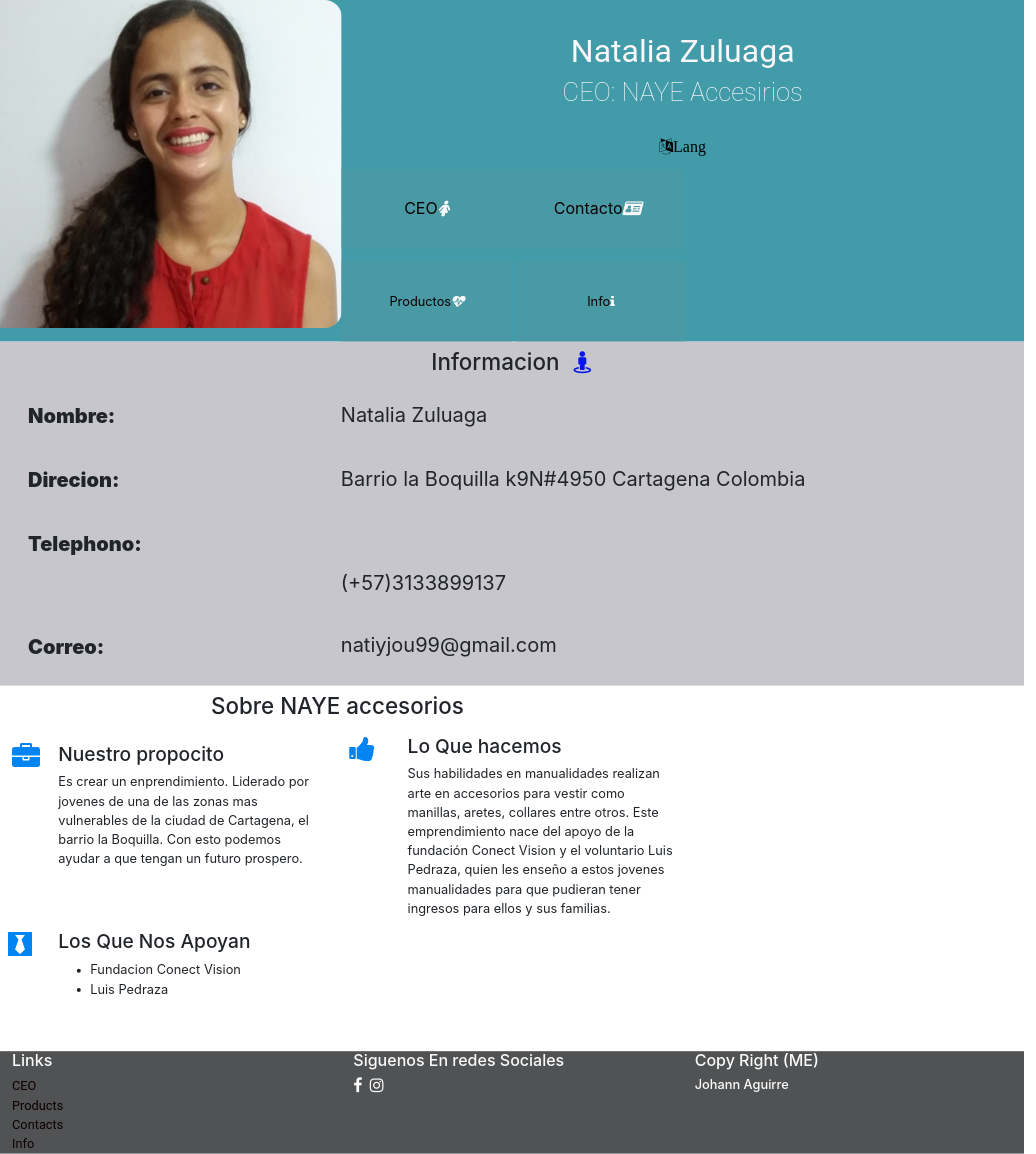
Repository: cachimiro/1-mile-stone-project
Page: index.html
The author's editor kept a record of every edit. The page is drawn from the files as they stood at one moment, then again after the next edit.
The browser window is 1280 px wide. The page is 1295 px wide, so the pictures cover 1295 px, including what lies to the right of the window. The pictures show the whole page, at 80% of full size.
Some web libraries are served in a nearby version.

Above is the page before.

### index.html
<!DOCTYPE html>
<html lang="es">

<head>
    <meta charset="UTF-8">
    <meta name="viewport" content="width=device-width, initial-scale=1.0">
    <meta http-equiv="X-UA-Compatible" content="ie=edge">
    <link rel="stylesheet" href="https://stackpath.bootstrapcdn.com/bootstrap/4.2.1/css/bootstrap.min.css" type="text/css" />
    <link rel="stylesheet" href="https://stackpath.bootstrapcdn.com/font-awesome/4.7.0/css/font-awesome.min.css" type="text/css" />
    <link rel="stylesheet" href="https://cdnjs.cloudflare.com/ajax/libs/hover.css/2.3.1/css/hover-min.css" type="text/css" />
    <link rel="stylesheet" href="css/style.css" type="text/css" />
    <title>NAYE accesirios</title>
</head>

<body>
    <header>
        <div class="row no-gutters">
            <a href="#" class="col-sm logo ">

            </a>

            <div class="col-md-8">
                <div class="row no-gutters">
                    <div class="col heading bg-color-name-title">
                        <h1 class="name">Natalia Zuluaga</h1>
                        <h2 class="title">CEO: NAYE Accesirios</h2>
                        <div class="dropdown">
                            <button class="dropbtn"><i class="fa fa-language">Lang</i></button>
                            <div class="dropdown-content">
                                <a href="index-english.html">English</a>
                            </div>
                        </div>


                    </div>
                </div>
                <div class="row no-gutters inline-block">
                    <div class="col"></div>
                    <ul id="nav" class="list-inline menucontainer">
                        <li class="col-6 col-sm-3 ui-menu-color-ceo list-inline-item menuitem">
                            <a href="#">CEO<i class="fa fa-ceo hvr-icon" aria-hidden="true"> <span><i class="fas fa-female"></i></span></i>  </a>
                        </li>
                        <li class="col-6 col-sm-3 ui-menu-color-contacto list-inline-item menuitem">
                            <a href="contactos.html">Contacto<i class="fa fa-contact hvr-icon" aria-hidden="true"> <span><i class="far fa-id-card"></i></span></i>  </a>
                        </div>
                        <div class="col-6 col-sm-3 ui-menu-color-productos list-inline-item menuitem">
                            <a href="productos.html"> Productos<i class="fa fa-crown hvr-icon" aria-hidden="true"> <span><i class="fas fa-heartbeat"></i></span></i>  </a>
                        </div>
                        <div class="col-6 col-sm-3 ui-menu-color-info list-inline-item menuitem">
                            <a href="informacion.html">Info<i class="fa fa-info hvr-icon" aria-hidden="true"></i>  </a>
                        </div>


                    </div>

                </div>

            </div>
        </div>
    </header>
    <section class="container-fluid">
        <div class="row">
            <div class="col bg-color-personal-info section-column colour-of-infimacion">
                <div class="row">
                    <div class="col-12">
                        <h3 class="section-heading uppercase">Informacion <i class="fa fa-street-view"></i></h3>
                    </div>
                </div>
                 <div class="personal-info-item">
                    <div class="key">
                        <p class="uppercase">
                            Nombre:

                        </p>
                    </div>
                    <div class="value">
                        <p>
                            Natalia Zuluaga

                        </p>
                    </div>
                </div>
                <div class="personal-info-item">
                    <div class="key">
                        <p class="uppercase">
                            Direcion:

                        </p>
                    </div>
                    <div class="value">
                        <p>
                            Barrio la Boquilla k9N#4950 Cartagena Colombia

                        </p>
                    </div>
                </div>
                 <div class="personal-info-item">
                    <div class="key">
                        <p class="uppercase">
                            Telephono:

                        </p>
                    </div>
                    <div class="value">
                        <p class="move-right">
                       (+57)3133899137

                        </p>
                    </div>
                </div>
                 <div class="personal-info-item">
                    <div class="key">
                        <p class="uppercase">
                            Correo:

                        </p>
                    </div>
                    <div class="value">
                        <p>
                            natiyjou99@gmail.com

                        </p>
                    </div>
                </div>
            </div>

            <div class="row">
            <div class="col-md-8 bg-color-three-reasons section-column">
                <div class="row">
                    <div class="col">
                        <h3 class="section-heading uppercase">Sobre NAYE accesorios</h3>
                    </div>
                </div>
                    <div class="row">
                        <div class="col-10 offset-1 offset-sm-0 col-sm-4 col-md-6">
                            <div class="row">
                                <div class="col-2">
                                    <i class=" move-icon three-reasons-icon fa fa-briefcase" aria-hidden="true"></i>
                                </div>
                                <div class="col-10">
                                    <h4 class="three-reasons-heading uppercase add-padding">Nuestro  propocito</h4>
                                    <p> Es crear un enprendimiento. Liderado por jovenes
                                    de una de las zonas mas vulnerables de la ciudad de Cartagena,
                                    el barrio la Boquilla. Con esto podemos ayudar a que tengan un futuro prospero. </p>
                                </div>
                            </div>
                        </div>
                         <div class="col-10 offset-1 offset-sm-0 col-sm-4 col-md-6">
                            <div class="row">
                                <div class="col-2">
                                    <i class="three-reasons-icon fa fa-thumbs-up" aria-hidden="true"></i>
                                </div>
                                <div class="col-10">
                                    <h4 class="three-reasons-heading uppercase">Lo Que hacemos </h4>
                                    <p> Sus habilidades en manualidades realizan arte en accesorios para vestir
                                       como manillas, aretes, collares entre otros. Este emprendimiento
                                       nace del apoyo de la fundación Conect Vision y el voluntario Luis Pedraza,
                                       quien les enseño a estos jovenes manualidades para que pudieran tener ingresos
                                       para ellos y sus familias.</p>
                                </div>
                            </div>
                        </div>
                         <div class="col-10 offset-1 offset-sm-0 col-sm-4 col-md-6">
                            <div class="row">
                                <div class="col-2">
                                    <i class="move-icon-3 three-reasons-icon fa fa-black-tie" aria-hidden="true"></i>
                                </div>
                                <div class="col-10">
                                    <h4 class="three-reasons-heading uppercase">Los Que Nos Apoyan</h4>
                                    <ul>
                                        <li>Fundacion Conect Vision</li>
                                        <li class="add-padding-3">Luis Pedraza</li>
                                    </ul>
                                </div>
                            </div>
                        </div>

                    </div>

            </div>
        </div>
        </div>



    </section>



    <footer class="container-fluid">
        <div id="footer-detail" class="row">
            <div class="col-sm-4">
                <h5 class="uppercase general-sub">Links</h5>
                <div class="inline-block">
                    <div class="links-footer">
                        <a href="#">
                            <div>
                                CEO
                            </div>
                        </a>
                         <a href="productos.html">
                            <div>
                                Products
                            </div>
                        </a>
                         <a href="contactos.html">
                            <div>
                                Contacts
                            </div>
                        </a>
                         <a href="informacion.html">
                            <div>
                                Info
                            </div>
                        </a>
                    </div>
                </div>
            </div>
            <div class="col-sm-4">
                <h5 class="uppercase general-sub">Siguenos En redes Sociales</h5>
                <div class="social-media-icons">
                    <div class="list-inline-item">
                        <a href="https://m.facebook.com/Nayeaccesorio/" target="_blank" class="">
                        <i class="fa fa-facebook" aria-hidden="true"></i>
                        <span class="sr-only">Facebook</span>
                        </a>
                    </div>
                    <div class="list-inline-item"></div>
                    <a href="https://www.instagram.com/nayeaccesorios/" target="_blank" class="">
                         <i class="fa fa-instagram" aria-hidden="true"></i>
                            <span class="sr-only">Instagram</span>
                            </a>

                </div>
            </div>
             <div class="col-sm-4">
                <h5 class="uppercase general-sub"> Copy Right (ME)</h5>
                <h6>Johann Aguirre</h6>

            </div>
        </div>


    </footer>
</body>

</html>

### css/style.css
@import url('https://fonts.googleapis.com/css?family=Roboto+Slab&display=swap');
/*----------colours*/

header {
    margin: 0;
    background-color: #419ba8;
    color: #f9f7fa;


}

.bg-color-name-title {
    padding-top: 30px;
}


.ui-menu-color-ceo {
    background-color:#499aa5;
    transition: all .5s ease-in-out;
    -moz-transition: all .5s ease-in-out;
    -webkit-transition: all .5s ease-in-out;


}

.ui-menu-color-contacto {
    background-color: #499aa5;
    transition: all .5s ease-in-out;
    -moz-transition: all .5s ease-in-out;
    -webkit-transition: all .5s ease-in-out;

}

.ui-menu-color-productos {
    background-color: #499aa5;
    transition: all .5s ease-in-out;
    -moz-transition: all .5s ease-in-out;
    -webkit-transition: all .5s ease-in-out;

}

.ui-menu-color-info {
    background-color: #499aa5;
    transition: all .5s ease-in-out;
    -moz-transition: all .5s ease-in-out;
    -webkit-transition: all .5s ease-in-out;

}

/*---------------sosial links colors*/

.social-links i {
    color: black;
}

/*-------------------heading, decoration*/

.list-inline-item:not(:last-child) {
    margin: 0;
}

.list-inline-item:hover{
    background-color: #757b7b;
    border-radius: 50%;
}

.bg-color-name-title {
    padding-top: 30px;
    font-family: "roboto", sans-serif;
    text-align: center;
}

.title {
    font-weight: 200;
    padding-bottom: 15px;
}

.name {
    font-weight: 400;
    padding-top: 10px;
}





i {
    color: #fafafa;

}

.inline-block {
    display: inline;
}

a {
    color: #0d0101;
}

a:hover {
    text-decoration: none;
    color: #fafafa;
}

.logo {
    background: url("../photo/natalia.jpg");
    background-position: center;
    background-repeat: no-repeat;
    background-size: cover;
    height: 410px;
    width: 370px;
    border-top-right-radius: 5%;
    border-bottom-right-radius: 5%;
    transition: all .5s ease-in-out;
    -moz-transition: all .10s ease-in-out;
    -webkit-transition: all .10s ease-in-out;
}

.menucontainer {
    font-size: 0;
}



#nav li {
    font-size: 20px;
    padding: 0;

}

.menuitem {
    line-height: 100px;
    text-align: center;

}


/*----------------drop down button*/

.dropbtn {
    background-color: transparent;
    color: #222020;
    padding: 16px;
    font-size: 12px;
    border: none;
}

.dropdown i {
    color: #000000;
    font-size: 20px;
}

.dropdown {
    position: static;
    display: inline-block;
    text-align: right;

}

.dropdown-content {
    display: none;
    position: absolute;
    background-color: #fafafa;
    min-width: 16px;
    box-shadow: 0px 8px 16px 0px rgba(0, 0, 0, 0.2);
    z-index: 1;
    border-radius: 20%;
}

.dropdown-content a {
    color: #000000;
    padding: 12px 16px;
    text-decoration: none;
    display: block;
}

.dropdown-content a:hover {
    background-color: #eb1e03;
    border-radius: 50%;


}

.dropdown:hover .dropdown-content {
    display: block;
}



/*-----------------------------section personal informtion informacion*/

.section-heading {
    padding: 10px;
    text-align: center;
}

.add-padding {
    padding-top: 10px;
}

.add-padding-3 {
    padding-bottom: 50px;
}

.move-icon {
    padding-left: 15px;
    padding-top: 10px;
}

.move-icon-3 {
    padding-left: 10px
}

.three-reasons-icon {
    color: #0284f3;
    font-size: 35px;

}

.colour-of-infimacion {
    background-color: #c6c6cc;
    line-height: 18px;

}


.personal-info-item {
    font-size: 25px;
    margin-bottom: 20px;
    padding: 20px;
    display: block;
    clear: both;

}

.col-md-4 {
    padding-right: 0;
}

.personal-info-item .key,
.personal-info-item .value {
    padding-right: 8px;
    display: inline-block;

}

.personal-info-item .key p,
.personal-info-item .value p {
    margin: 0;
}

.move-right {
    padding-top: 50px;
}

.personal-info-item .key {
    width: 30%;
    margin-right: 21px;
    padding-top: 2px;
    vertical-align: top;
}

.personal-info-item .key p {
    font-weight: 900;

}

.personal-info-item .value {
    position: relative;
    width: 60%;
}

/*----------------------------section icons*/

h3 i {
    color: #0517ea;
    padding-left: 10px;
}

/*---------------------footer links*/

.links-footer {
    font-family: "roboto", sans-serif;
    padding-right: 250px;



}

.links-footer li {
    color: #fafafa;
    text-decoration: none;
    list-style-type: none;
}

.links-footer li:hover {
    color: #e80c0c;


}

/*-----------------------footer*/


.social-media-icons i {
    color: #fafafa;
    text-align: center;
    font-size: 20px;


}

.social-media-icons i:hover {
    background-color: #e80c0c;
    border-radius: 50%;
    height: 30px;
    width: 30px;
    padding-top: 5px;
    transition-duration: 1s;



}

footer {
    background-color: #505254;
    margin: 0;
    color: #fafafa;
    position: static;


}




/*---------------------------------productos.html*/

/*------------------------------header*/



.logo-2 {
    text-align: center;
    top: -36px;
    background-repeat: no-repeat;
    width: 200px;
    height: 200px;
    margin: 0px;
    padding: 0px;
    background-color: #499aa5;
    transition: all 2s ease-in-out;
    -moz-transition: all 2s ease-in-out;
    -webkit-transition: all 2s ease-in-out;
}


.nowrap {
    flex-wrap: wrap-reverse;
}

/*--------------------------------------------section*/

/*----------------------------------image*/

.photo-adjust {
    margin: 0;
    padding: 0;
    display: block;
    top: -21px;
    line-height: 20px;


}

.photo-1 {
    border-radius: 50%;
    -webkit-transition: border-radius 2s;
    transition: border-radius 2s;
}

.photo-1:hover {
    border-radius: 0;
    transition-duration: 1s;

}



.dropdown-links {
    line-height: 100px;
    text-align: center;

}

.dropbtn-links {
    top: -56px;
    padding: 0;
    margin: 0;
}

/*--------------------------hover image information*/

.font-style {
    color: #111111;
    font-family: "roboto", sans-serif;
    font-weight: 600;
    text-align: center;
    text-shadow: 2px 2px #28c7db;
    padding: 10px;
}

/*-------------------------drop-down-button-2*/

.dropdown-2 {
    position: static;
    right: -500px;
    top: 0;
    z-index: 1;

}

.dropbtn-2 {
    background-color: transparent;
    color: #222020;
    padding: 16px;
    font-size: 12px;
    border: none;
}

.dropdown-2 i {
    color: #222020;
    font-size: 20px;
}




.dropdown-content-2 {
    display: none;
    position: absolute;
    background-color: #fafafa;
    min-width: 16px;
    box-shadow: 0px 8px 16px 0px rgba(0, 0, 0, 0.2);
    z-index: 1;
    border-radius: 20%;
}

.dropdown-content-2 a {
    color: #000000;
    padding: 12px 16px;
    text-decoration: none;
    display: block;
}

.dropdown-content-2 a:hover {
    background-color: #eb1e03;
    border-radius: 50%;


}

.dropdown-2:hover .dropdown-content-2 {
    display: block;
}

.dropdown-2:hover .dropbtn-2 {
    background-color: #3fbec8;


}

/*------------------------------------contactos.html*/

.bg-color-lightblue {
    background-color: #fafafa;
}

.logo-3 {
    text-align: center;
    top: -56px;
    background-repeat: no-repeat;
    width: 200px;
    height: 200px;
    margin: 0px;
    padding: 0px;
    position: static;
    background-color: #499aa5;
    transition: all 2s ease-in-out;
    -moz-transition: all 2s ease-in-out;
    -webkit-transition: all 2s ease-in-out;
}

.menuitem-1 {
    line-height: 100px;
    text-align: center;
}

/*---------------------------------contact form*/

.contact-firm {
    text-align: center;
    font-size: 40px;
    font-weight: 200;
    font-family: "roboto", sans-serif;
    padding: 20px;
    color: #000000;

}

input[type=email] {
    width: 100%;
    border-radius: 4px;
    margin-bottom: 10px;
    padding: 10px;
    border: 1px solid #cccccc;
}

input[type=text],
select,
textarea {
    width: 100%;
    padding: 12px;
    border: 1px solid #cccccc;
    border-radius: 4px;
    box-sizing: border-box;
    margin-top: 6px;
    margin-bottom: 16px;
    resize: vertical;
}

input[type=submit] {
    background-color: #b84bff;
    color: #fafafa;
    padding: 12px 20px;
    border: none;
    border-radius: 4px;
    cursor: pointer;
}

input[type=submit]:hover {
    background-color: #5009ff;
}

.container-6 {
    border-radius: 5px;
    background-color: #cacaca;
    padding: 20px;
}

/*--------------------------------info.html*/

.progress {
    border-radius: 10px;
}

.progress-bar {
    background-color: #122a2f;
}

.info-header {
    background-color: #419ba8;
}

.logo-4 {
    text-align: center;
    top: -56px;
    background-repeat: no-repeat;
    width: 200px;
    height: 200px;
    margin: 0px;
    padding: 0px;
    position: static;
}

.menuitem-3 {
    line-height: 100px;
    text-align: center;
    top: -20px;
}

.colour-section {
    background-color: #fafafa;
    color: #000000;
}

/*------------------------------media querys*/

@media (max-width: 450px) {
    section {
        width: 100%;
        line-height: 25px;
    }
}



@media (max-width: 450px) {
    section .colour-of-infimacion {
        border-radius: 0;
    }
}

@media (max-width:450px) {
    header .logo {
        border-radius: 0;
        width: 100%;
    }
}
@media (max-width:500px){
    .menuitem-3{
        background-color:  #c6c6cc;
    }
}
@media (max-width:500px){
    .menuitem-1{
        background-color:  #c6c6cc;
    }
}

@media (max-width: 500px) {
    header .menuitem {
        background-color:  #c6c6cc;
    }

}
@media (max-width: 1300px){
    body{
        position: static;
    }
}

After the next edit:
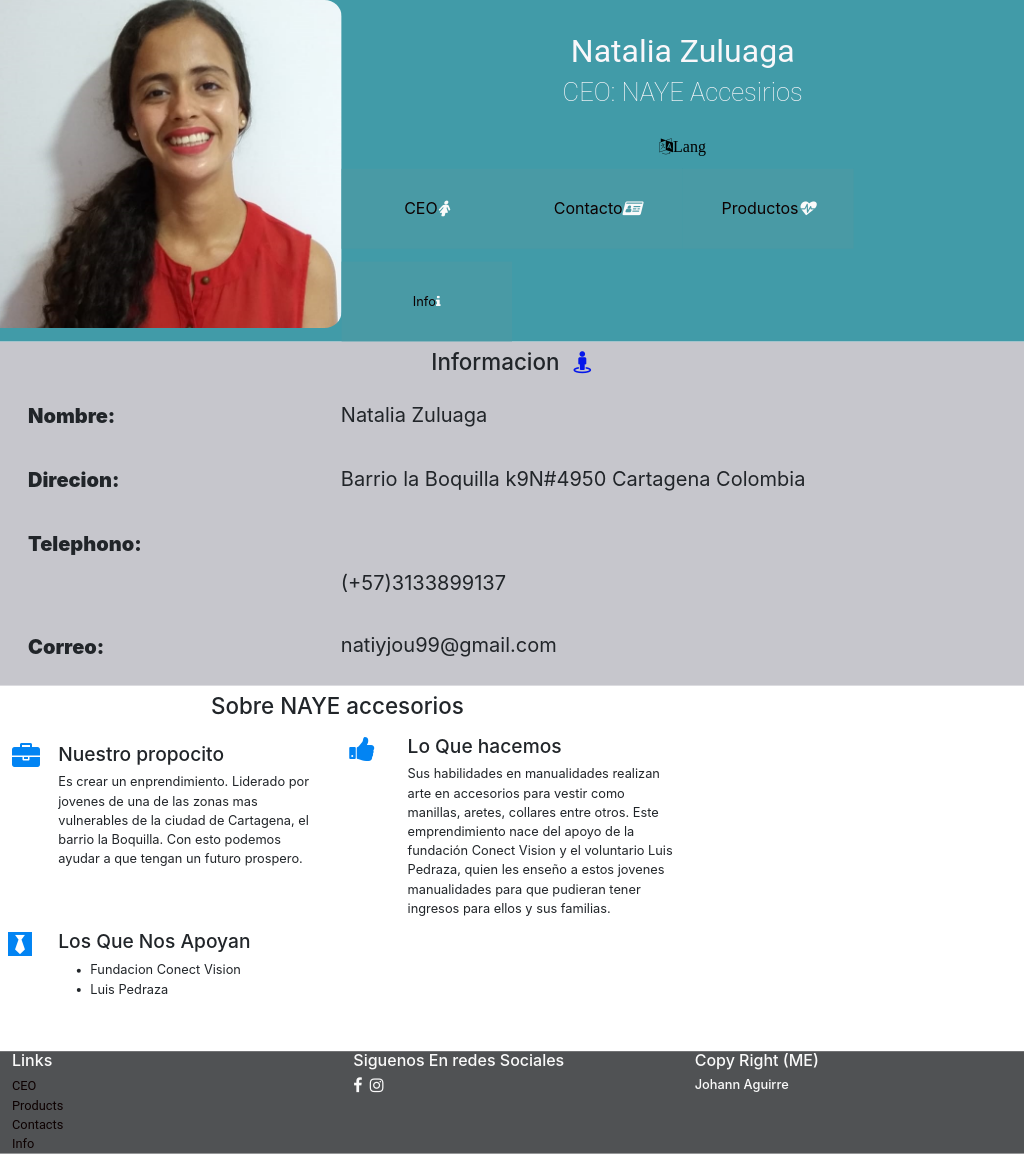
The edit:
--- a/index.html
+++ b/index.html
@@ -42,8 +42,8 @@
                         </li>
                         <li class="col-6 col-sm-3 ui-menu-color-contacto list-inline-item menuitem">
                             <a href="contactos.html">Contacto<i class="fa fa-contact hvr-icon" aria-hidden="true"> <span><i class="far fa-id-card"></i></span></i>  </a>
-                        </div>
-                        <div class="col-6 col-sm-3 ui-menu-color-productos list-inline-item menuitem">
+                        </li>
+                        <li class="col-6 col-sm-3 ui-menu-color-productos list-inline-item menuitem">
                             <a href="productos.html"> Productos<i class="fa fa-crown hvr-icon" aria-hidden="true"> <span><i class="fas fa-heartbeat"></i></span></i>  </a>
                         </div>
                         <div class="col-6 col-sm-3 ui-menu-color-info list-inline-item menuitem">
